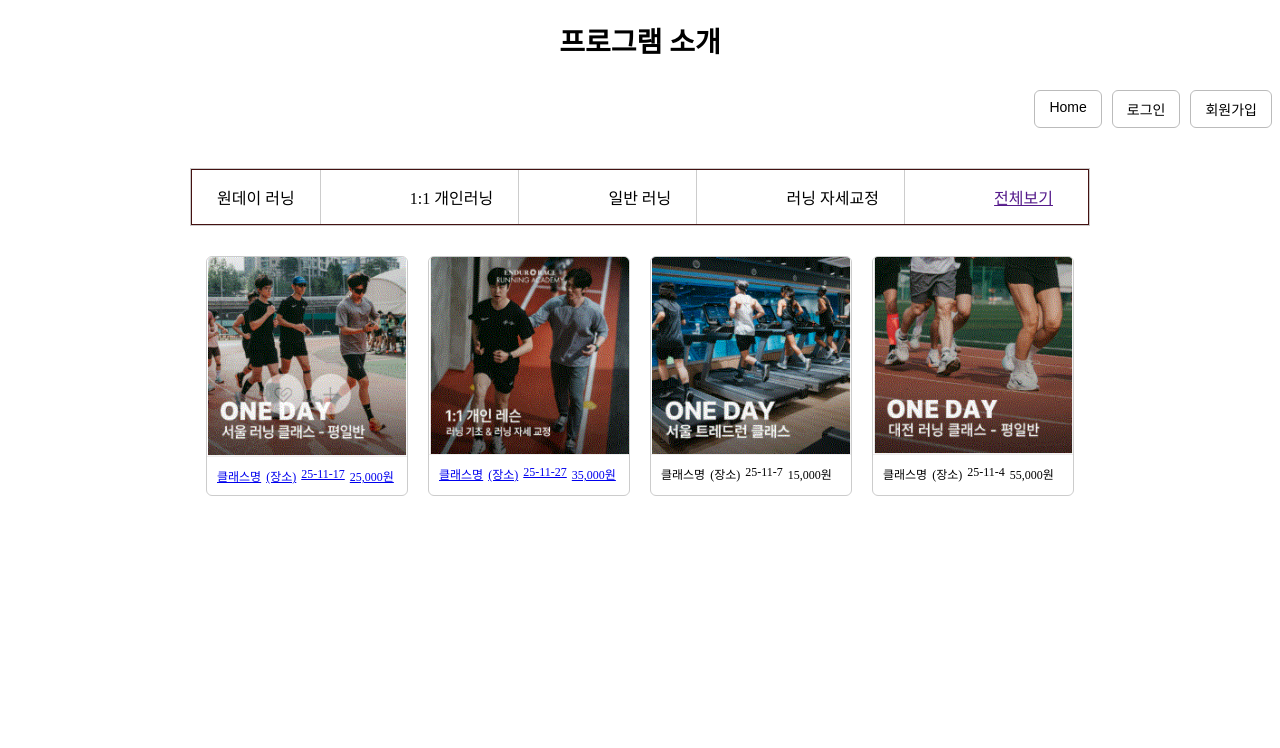
Repository: RYOO88HK/daily_RHO
Page: http://localhost/training/AcademyBoard
An editor plug-in stored every save of this project. The page is shown before and after the next save, followed by the edit.
The browser window is 1280 px wide. The pictures show the whole page.
The page is this project's Thymeleaf template; nobody is signed in. The template is opened directly, without the code that normally fills it, so the values that code supplies are empty.

Above is the page before, as saved 2025-11-26 05:51:01.

### DalliGO/src/main/resources/templates/training/AcademyBoard.html
<!DOCTYPE html>
<html lang="en">

<head>
   <meta charset="UTF-8">
   <meta name="viewport" content="width=device-width, initial-scale=1.0">
   <title>Document</title>
   <link rel ="stylesheet" href="/css/AcademyBoard.css">
</head>


<body>

   <h2>프로그램 소개</h2>
   <div class="mbtn">
      <button type="submit" class="mbtn" onclick="location.href='/'">Home</button>
      <button type="submit" class="mbtn" onclick="location.href='/login'">로그인 </button>
      <button type="button" class="mbtn" onclick="location.href='/trainerRegister'">회원가입</button>
   </div>

   <div class="display-table">
      <div class="tab">
         <ul>
            <li class="on" data-type="special">원데이 러닝 </a></li>
            <li data-type="short"> 1:1 개인러닝 </li>
            <li data-type="long"> 일반 러닝 </li>
            <li data-type="oneday"> 러닝 자세교정 </li>
            <li> <a href=""> 전체보기 </a></li>
         </ul>
      </div>


      <div class="tab_content">

         <div class="tab_con_item" data-category="special">
            <a href="/AcademyDetail.html?id=id_s1">
               <img src="/img_run_s/ma_s1.GIF">
               <div class="card_info">
                  <span>클래스명</span>
                  <span>(장소)</span>
                  <span>25-11-17</span>
                  <span>25,000원</span>
               </div>
            </a>
         </div> <!---Top card div-->


         <div class="tab_con_item" data-category="short">
            <a href="/AcademyDetail.html?id=id_s2">
               <img src="/img_run_s/ma_s2.GIF">
               <div class="card_info">
                  <span>클래스명</span>
                  <span>(장소)</span>
                  <span>25-11-27</span>
                  <span>35,000원</span>
               </div> <!---Top card div-->
            </a>
         </div><!--tab_con_item-->


         <div class="tab_con_item" data-category="long">
            <img src="/img_run_s/ma_s3.GIF">
            <div class="card_info">
               <span>클래스명</span>
               <span>(장소)</span>
               <span>25-11-7</span>
               <span>15,000원</span>
            </div> <!---Top card div-->
         </div><!--tab_con_item-->


         <div class="tab_con_item" data-category="oneday">
            <img src="/img_run_s/ma_s4.GIF">
            <div class="card_info">
               <span>클래스명</span>
               <span>(장소)</span>
               <span>25-11-4</span>
               <span>55,000원</span>
            </div> <!---Top card div-->
         </div><!--tab_con_item-->

      </div> <!--tab_xon-->
   </div>

</body>

</html>
<script>
   //탭클릭+ 해당 카테고리만 보이기
   document.querySelectorAll('.tab li').forEach(tab => {
      tab.addEventListener('click', () => {
         const type = tab.dataset.type;

         //디자인 변경

         //    document.querySelectorAll('.tab il').forEach (t=>t.classList.remove('on'));
         //      tab.classList.add('on');

         //카드 필터링
         document.querySelectorAll('.tab_con_item').forEach(item => {
            if (type === item.dataset.category) {
               item.style.display = "block";
            } else {
               item.style.display = "none";
            }
         });
      });
   });

   //모든 카드선택
   document.querySelectorAll('.tab_con_item').forEach(card => {
      card.addEventListener('click', () => {
         const detail = card.querySelector('.card_detail');

         //다른 카드 열려있으면 닫기
         document.querySelectorAll('.card_detail').forEach(dd => {
            if (dd !== detail) dd.style.display = 'none';
         });

         //현재 카드 상세정보 토글
         if (detail.style.display === 'block') {
            detail.style.display = 'none';
         } else {
            detail.style.display = 'block'
         }

      });
   });



   document.querySelectorAll('.tab_con_item').forEach(card => {
      card.style.display = 'block';       // 카드 보이기
      const info = card.querySelector('.card_info');
      if (info) info.style.display = 'flex';
      const img = card.querySelector('img');
      if (img) img.style.display = 'block';

      const detail = card.querySelector('.card_detail');
      if (detail) detail.style.display = 'none';
   });




</script>

### DalliGO/src/main/resources/static/css/AcademyBoard.css
   body {
      height: 100vh;
   }

   .tab ul {
      display: flex;
      justify-content: space-between;
      padding: 0;
      margin: 0;
      list-style: none;
      border: 1px solid #441111;
   }

   .tab li {
      margin-right: 10px;
   }

   .tab li.on a {
      font-weight: bold;
      color: #127e5d;
   }

   .tab_content {
      display: flex;
      flex-wrap: wrap;
      gap: 20px;
      justify-content: center;
      padding-bottom: 40px;

   }


.tab_con_item {
    width: 200px;
    display: flex;
    flex-direction: column;
    border: 1px solid #ccc;   /* 카드 테두리 */
    border-radius: 6px;
    overflow: hidden;
    background: #fff;
}

/* 카드 내용 감싸는 컨테이너 */
.tab_con_item a {
    display: flex;
    flex-direction: column;
}

/* 이미지 */
.tab_con_item img {
    width: 100%;
    height: auto;
    object-fit: cover;
}

/* 텍스트 영역 */
.card_info {
    font-size: 12px;
    display: flex;
    flex-wrap: wrap;
    gap: 5px;
    padding: 10px;   /* 이미지와 text 사이 간격 */
    border-top: 1px solid #eee;  /* 카드 안에서 텍스트 구분선 optional */
}



   .display-table {
      width: 900px;  /* 카드와 탭이 공유하는 폭*/
      margin: 0 auto; /* 화면 가운데 정렬*/
   }
   .tab {
      border: 1px solid #ccc;
      margin-bottom: 30px;

   }
   .tab li {
      border-right: 1px solid #ccc;
      padding: 15px 25px;
      text-align: center;
   }

   .tab li:last-child {
      border-right: none;
   }

 .mbtn  {
   display: flex;
   justify-content: flex-end;
   gap: 10px;
   margin-top: 0px;
   margin-bottom: 20px;
   padding-top: 10px;
 }

 .mbtn button {
   padding: 8px 14px;
   font-size: 14px;
   border: 0.5px solid #bbb;
   border-radius: 6px;

   background: white;
   cursor: pointer;
 }
 .mbtn button :hover{
   background: #127e5d;
 }

 h2 {
    font-size:  28px;
    text-align: center;
    margin-top: 20px;
    margin-bottom: 20px;
 }

After the next save:
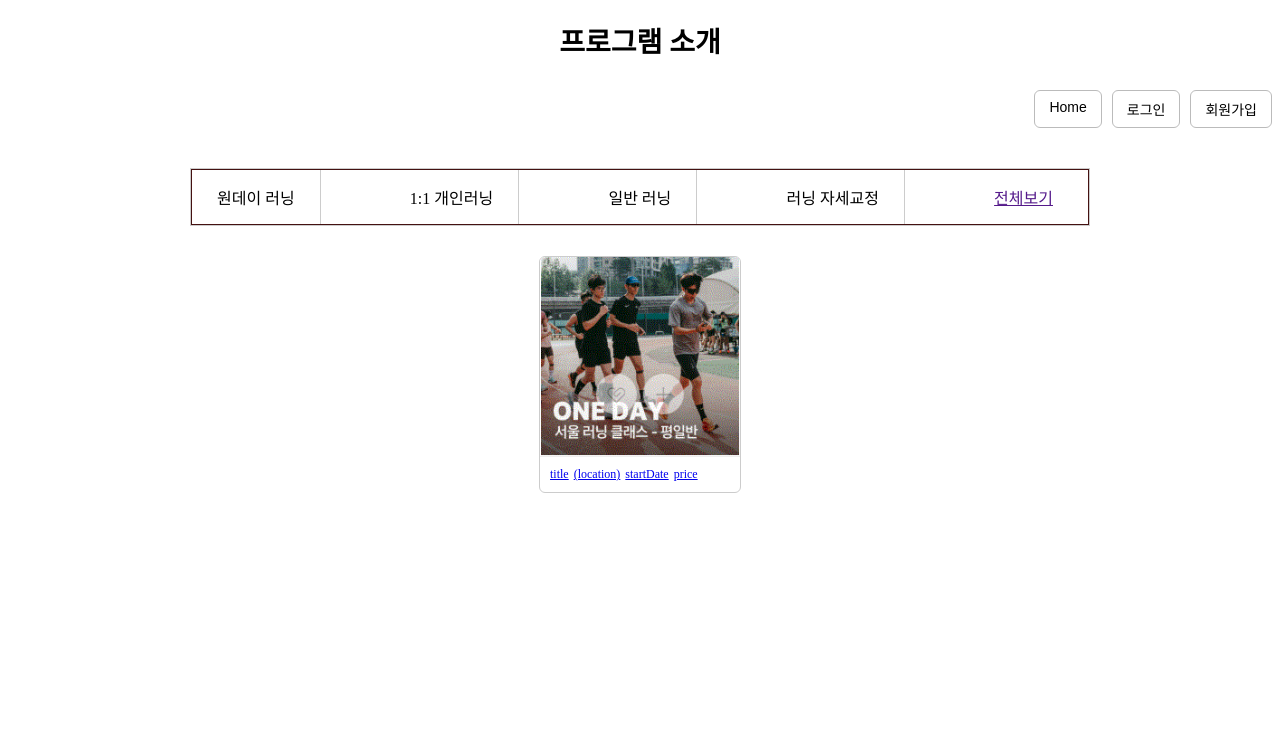
Saved 4 min 54 s later.
--- a/DalliGO/src/main/resources/templates/training/AcademyBoard.html
+++ b/DalliGO/src/main/resources/templates/training/AcademyBoard.html
@@ -36,50 +36,15 @@
             <a href="/AcademyDetail.html?id=id_s1">
                <img src="/img_run_s/ma_s1.GIF">
                <div class="card_info">
-                  <span>클래스명</span>
-                  <span>(장소)</span>
-                  <span>25-11-17</span>
-                  <span>25,000원</span>
+                  <span>title</span>
+                  <span>(location)</span>
+                  <span>startDate</span>
+                  <span>price</span>
                </div>
             </a>
          </div> <!---Top card div-->
 
-
-         <div class="tab_con_item" data-category="short">
-            <a href="/AcademyDetail.html?id=id_s2">
-               <img src="/img_run_s/ma_s2.GIF">
-               <div class="card_info">
-                  <span>클래스명</span>
-                  <span>(장소)</span>
-                  <span>25-11-27</span>
-                  <span>35,000원</span>
-               </div> <!---Top card div-->
-            </a>
-         </div><!--tab_con_item-->
-
-
-         <div class="tab_con_item" data-category="long">
-            <img src="/img_run_s/ma_s3.GIF">
-            <div class="card_info">
-               <span>클래스명</span>
-               <span>(장소)</span>
-               <span>25-11-7</span>
-               <span>15,000원</span>
-            </div> <!---Top card div-->
-         </div><!--tab_con_item-->
-
-
-         <div class="tab_con_item" data-category="oneday">
-            <img src="/img_run_s/ma_s4.GIF">
-            <div class="card_info">
-               <span>클래스명</span>
-               <span>(장소)</span>
-               <span>25-11-4</span>
-               <span>55,000원</span>
-            </div> <!---Top card div-->
-         </div><!--tab_con_item-->
-
-      </div> <!--tab_xon-->
+      </div> <!--tab_content-->
    </div>
 
 </body>
